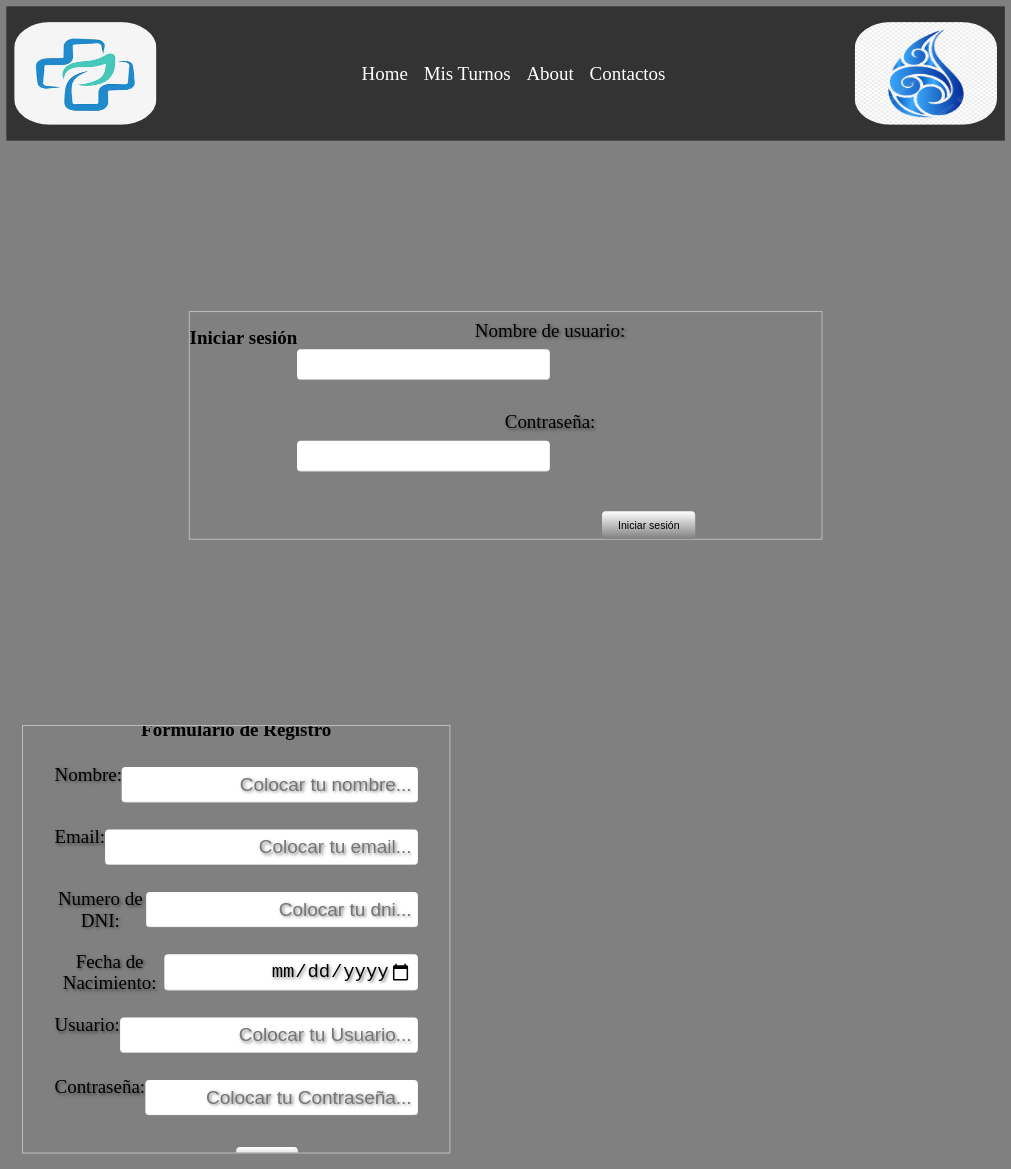
Repository: mauro8778/TurnoClinica
Page: / (app in front/vite-project/)
These files come from the project's save history. The page is drawn as it stood at one moment and after the next save; the edit follows.
The browser window is 1280 px wide. The pictures show the whole page, at 79% of full size.
The project was rebuilt for these pictures with package versions that can differ from the ones it lists, and the page was loaded fresh each time. Also part of the build but not shown: front/vite-project/vite.config.js.

Above is the page before, as saved 2024-04-14 14:10:57.

After the next save:
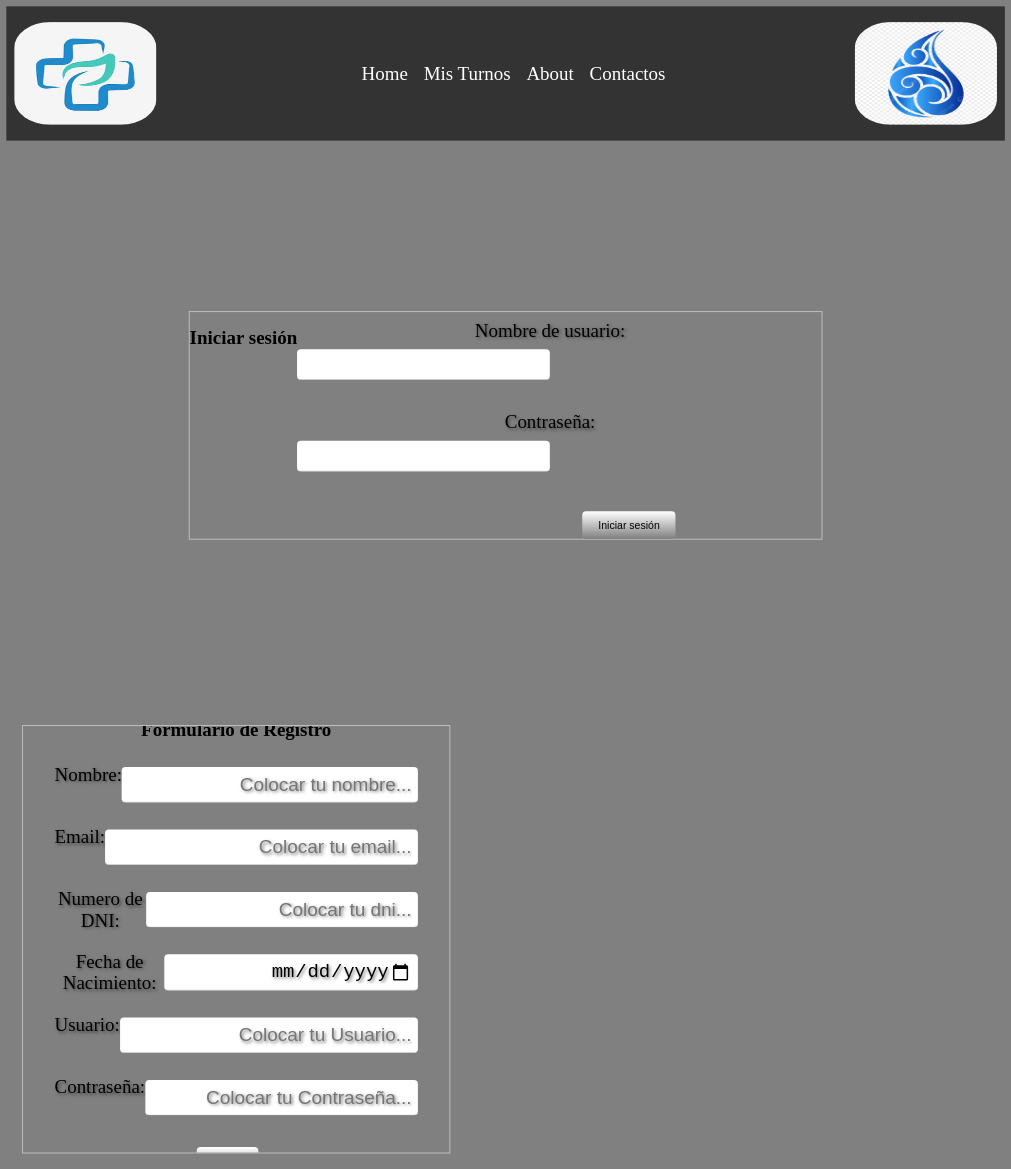
Saved 7 s later.
--- a/front/vite-project/src/views/Register/Register.css
+++ b/front/vite-project/src/views/Register/Register.css
@@ -36,7 +36,7 @@
     border: none;
     color: black;
     cursor: pointer;
-    margin-left: 250px;
+    margin-left: 200px;
   }
 
   button:hover {
